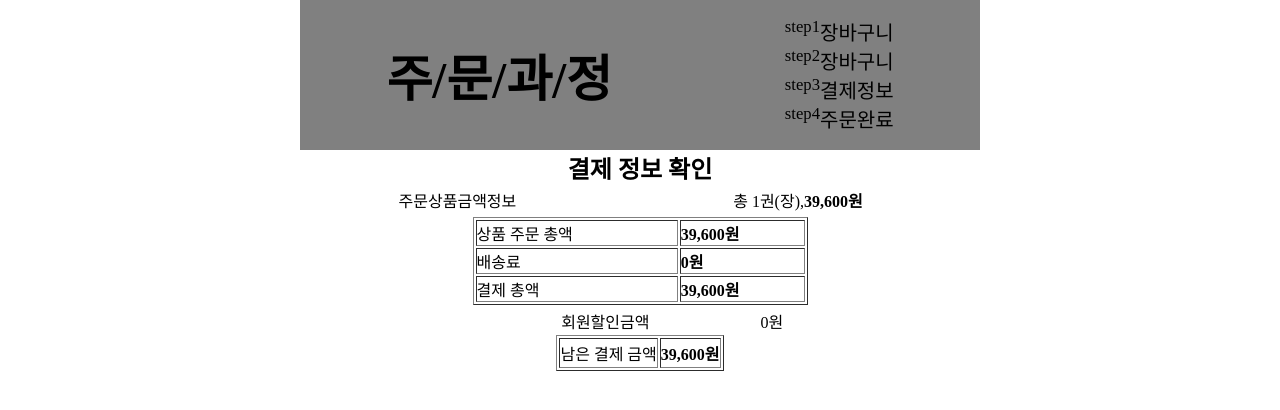
Repository: kym-1000/book
Page: http://localhost/book/WEB-INF/views/cart/pay.jsp
These files come from the project's save history. The page is drawn as it stood at one moment and after a run of saves; the edit follows.
The browser window is 1280 px wide. The pictures show the whole page.
The page is served by Tomcat 9. Nobody is signed in. Other server files are loaded and not shown. The template is opened directly, without the code that normally fills it, so the values that code supplies are empty.

Above is the page before, as saved 2023-01-02 07:48:32.

### book/book/src/main/webapp/WEB-INF/views/cart/pay.jsp
<%@ page language="java" contentType="text/html; charset=UTF-8"
    pageEncoding="UTF-8"%>
<!DOCTYPE html>
<html>
<head>
<meta charset="UTF-8">
<title>Insert title here</title>

<style type="text/css">
	*{
		margin: auto;
		padding: 0;
		}

	#pay{
		text-align: center;
		display : flex;
		align-items : center;

	}


</style>
</head>
<body>

	<jsp:include page="../cart/cartheader.jsp"></jsp:include>




	<h2 style="text-align: center;"> 결제 정보 확인</h2>

	<div id="pay">

	<form action="" method="post">

            <table width="670" border="0" cellpadding="2" cellspacing="1" class="step2_paytable1" style=" border-bottom:0px;">
              <tbody><tr>
                <td height="28" >주문상품금액정보</td>
                <td height="28">&nbsp;&nbsp; 총 <span ><span>1</span></span>권(장),<strong><span >39,600</span></font>원</strong></td>
              </tr>
            </tbody></table>
            <table >
              <tbody><tr>
                <td width="335" height="28" align="left" valign="top" class="td3">
                <table width="335" border="1">
                  <tbody>
                    <tr>
                      <td class="td1">상품 주문 총액  </td>
                      <td class="td2"><strong><span >39,600</span></font>원</strong></td>
                    </tr>
                    <tr>
                      <td class="td1">배송료</td>
                      <td class="td2"><strong><span >0</span></font>원</strong></td>
                    </tr>
                    <tr>
                      <td class="td1">결제 총액</td>
                      <td class="td2"><strong>39,600</font>원</strong></td>
                    </tr>

                  </tbody>
                </table>
                </td>

                <table width="335" >

                  <tbody>
                    <tr>
                      <td class="td1">회원할인금액</td>
                      <td class="td2"><span>0</span>원</td>
                    </tr>

                     <tr style="display:none;">
                      <td class="td1">할인 총액 </td>
                      <td class="td2"><span >0</span>원</td>
                    </tr>

                  </tbody>
                </table>

                </tr>
            </tbody></table>
            <table  border="1">
              <tbody><tr>
                <td height="28" >남은 결제 금액</td>
                <td height="28" ><strong><span >39,600</span></font>원</strong></td>
              </tr>
            </tbody></table>

		</form>

		</div>



</body>
</html>

### book/book/src/main/webapp/WEB-INF/views/cart/cartheader.jsp
<%@ page language="java" contentType="text/html; charset=UTF-8"
    pageEncoding="UTF-8"%>
<%@ taglib uri="http://java.sun.com/jsp/jstl/core" prefix="c" %>
<!DOCTYPE html>
<html>
<head>
<meta charset="UTF-8">
<title>Insert title here</title>
<style type="text/css">

	#pagetop{
		margin-left: 300px;
		margin-right: 300px;
	    background-color: grey;
	    font-size: 20px;
		height: 150px;
		display : flex;
	  	/* justify-content : center; */
	  	align-items : center;
	}

</style>
</head>
<body>


	<div id="pagetop">
		<h2 style="text-align: left; font-size: 50px">
			주/문/과/정
		</h2>
		<div style="text-align: right;">

		<c:choose >
		<c:when test="${msg eq 1}">
		<div style="color: red">
		<sup>step1</sup>장바구니
		</div>
		</c:when>
		<c:otherwise>
		<div>
		<sup>step1</sup>장바구니
		</div>
		</c:otherwise>
		</c:choose>

		<c:choose>
		<c:when test="${msg eq 2}">
		<div style="color: red">
		<sup>step2</sup>배송정보
		</div>
		</c:when>
		<c:otherwise>
		<div>
		<sup>step2</sup>장바구니
		</div>
		</c:otherwise>
		</c:choose>

		<c:choose>
		<c:when test="${msg eq 3}">
		<div style="color: red">
		<sup>step3</sup>결제정보
		</div>
		</c:when>
		<c:otherwise>
		<div>
		<sup>step3</sup>결제정보
		</div>
		</c:otherwise>
		</c:choose>

		<c:choose>
		<c:when test="${msg eq 4}">
		<div style="color: red">
		<sup>step4</sup>주문완료
		</div>
		</c:when>
		<c:otherwise>
		<div>
		<sup>step4</sup>주문완료
		</div>
		</c:otherwise>
		</c:choose>

		</div>
	</div>

</body>
</html>

After the next 3 saves:
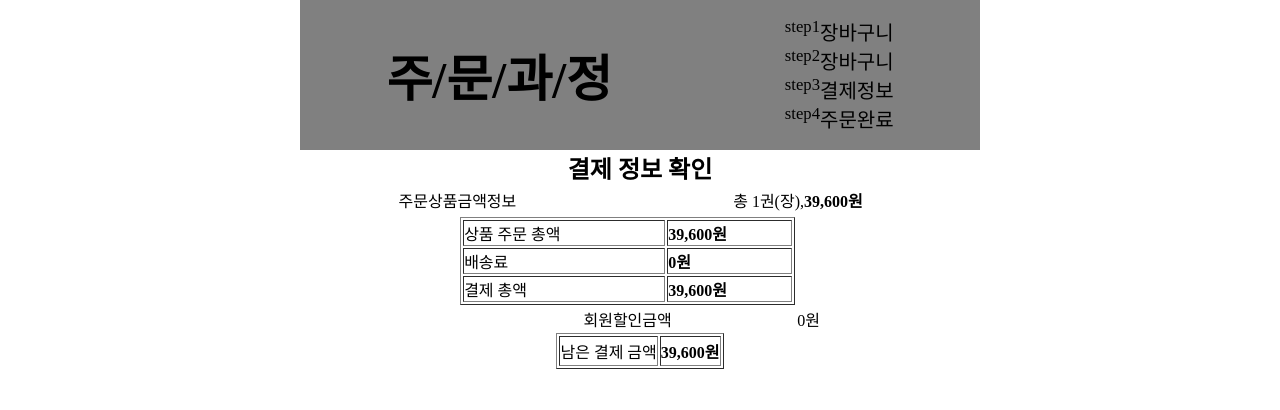
The 3 saves are shown as one change because they came seconds apart.
The last was saved 14 s later.
--- a/book/book/src/main/webapp/WEB-INF/views/cart/pay.jsp
+++ b/book/book/src/main/webapp/WEB-INF/views/cart/pay.jsp
@@ -48,22 +48,22 @@
                   <tbody>
                     <tr>
                       <td class="td1">상품 주문 총액  </td>
-                      <td class="td2"><strong><span >39,600</span></font>원</strong></td>
+                      <td class="td2"><strong><span >39,600</span>원</strong></td>
                     </tr>
                     <tr>
                       <td class="td1">배송료</td>
-                      <td class="td2"><strong><span >0</span></font>원</strong></td>
+                      <td class="td2"><strong><span >0</span>원</strong></td>
                     </tr>
                     <tr>
                       <td class="td1">결제 총액</td>
-                      <td class="td2"><strong>39,600</font>원</strong></td>
+                      <td class="td2"><strong>39,600원</strong></td>
                     </tr>
 
                   </tbody>
                 </table>
                 </td>
 
-                <table width="335" >
+
 
                   <tbody>
                     <tr>
